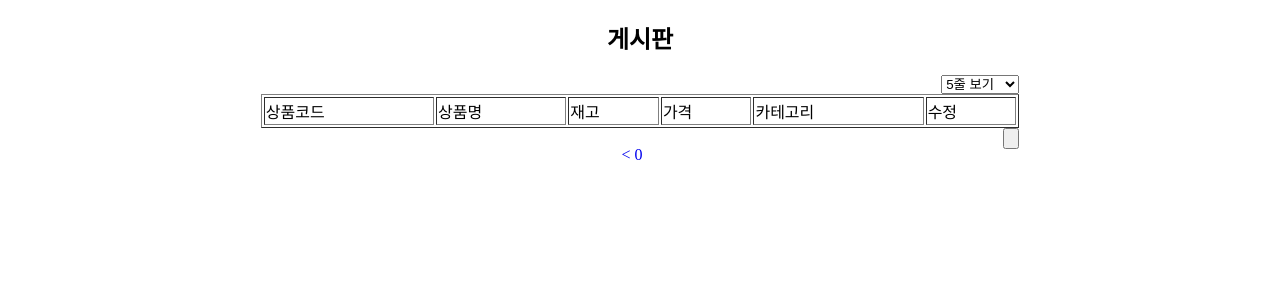
Repository: jjucc99/EZEN_PROJECT
Page: http://localhost/Project_Tea_party_12_21/WEB-INF/views/admin/admin_Item/item_list.jsp
The author's editor kept a copy of each file at every save. The page is drawn from the files as they stood at one save, then again after the next save.
The browser window is 1280 px wide. The pictures show the whole page.
The page is served by Tomcat 9. Nobody is signed in. Other server files are loaded and not shown. The template is opened directly, without the code that normally fills it, so the values that code supplies are empty.

Above is the page before, as saved 2021-12-22 07:16:07.

### Project_Tea_party_12_21/src/main/webapp/WEB-INF/views/admin/admin_Item/item_list.jsp
<%@ page language="java" contentType="text/html; charset=UTF-8"
    pageEncoding="UTF-8"%>
<%@ taglib prefix="c" uri="http://java.sun.com/jsp/jstl/core" %>
<%@ taglib prefix="fmt" uri="http://java.sun.com/jsp/jstl/fmt" %>
<!DOCTYPE html>
<html>
<head>
<meta http-equiv="Content-Type" content="text/html; charset=UTF-8">
<title>게시판 목록</title>
</head>
<style>
	h2 {
		text-align: center;
	}
	table {
		width: 100%;
	}
	#outter {
		display: block;
		width: 60%;
		margin: auto;
	}
	a {
		text-decoration: none;
	}
</style>
<script>
	function selChange() {
		var sel = document.getElementById('cntPerPage').value;
		location.href="testList.ad?nowPage=${paging.nowPage}&cntPerPage="+sel;
	}
</script>
<body>
<h2>게시판</h2>

<div id="outter">
	<div style="float: right;">
		<select id="cntPerPage" name="sel" onchange="selChange()">
			<option value="5"
				<c:if test="${paging.cntPerPage == 5}">selected</c:if>>5줄 보기</option>
			<option value="10"
				<c:if test="${paging.cntPerPage == 10}">selected</c:if>>10줄 보기</option>
			<option value="15"
				<c:if test="${paging.cntPerPage == 15}">selected</c:if>>15줄 보기</option>
			<option value="20"
				<c:if test="${paging.cntPerPage == 20}">selected</c:if>>20줄 보기</option>
		</select>
	</div> <!-- 옵션선택 끝 -->
	<table border="1">
		<tr>
			<td>상품코드</td>
			<td>상품명</td>
			<td>재고</td>
			<td>가격</td>
			<td>카테고리</td>
			<td>수정</td>
		</tr>
		<c:forEach items="${viewAll}" var="item">
			<tr>
				<td>${item.item_code}</td>
				<td>${item.item_name}</td>
				<td>${item.item_count}</td>
				<td>${item.item_price}</td>
				<td>${item.cate_name}</td>
				<td><button onclick="location.href='itemInfo.ad?item_code=${item.item_code}'">UPDATE</button></td>
			</tr>
		</c:forEach>
	</table>
	<input type="button" value="" style="float: right;" onclick="location.href='/write'"><br>

	<div style="display: block; text-align: center;">
		<c:if test="${paging.startPage != 1 }">
			<a href="/testList.ad?nowPage=${paging.startPage - 1 }&cntPerPage=${paging.cntPerPage}">&lt;</a>
		</c:if>
		<c:forEach begin="${paging.startPage }" end="${paging.endPage }" var="p">
			<c:choose>
				<c:when test="${p == paging.nowPage }">
					<b>${p}</b>
				</c:when>
				<c:when test="${p != paging.nowPage }">
					<a href="/testList.ad?nowPage=${p }&cntPerPage=${paging.cntPerPage}">${p }</a>
				</c:when>
			</c:choose>
		</c:forEach>
		<c:if test="${paging.endPage != paging.lastPage}">
			<a href="/testList.ad?nowPage=${paging.endPage+1 }&cntPerPage=${paging.cntPerPage}">&gt;</a>
		</c:if>
	</div>
</div>
</body>
</html>

After the next save:
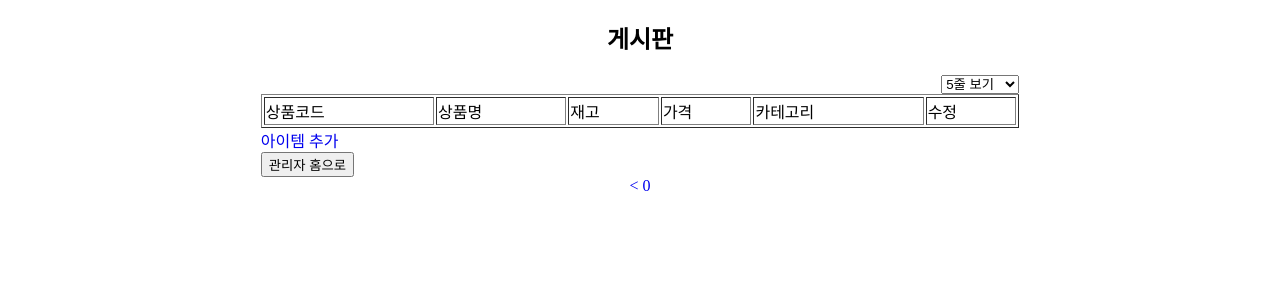
Saved 26 s later.
--- a/Project_Tea_party_12_21/src/main/webapp/WEB-INF/views/admin/admin_Item/item_list.jsp
+++ b/Project_Tea_party_12_21/src/main/webapp/WEB-INF/views/admin/admin_Item/item_list.jsp
@@ -66,7 +66,8 @@
 			</tr>
 		</c:forEach>
 	</table>
-	<input type="button" value="" style="float: right;" onclick="location.href='/write'"><br>
+	<a href="addItemForm.ad">아이템 추가</a><br>
+	<button onclick="location.href='admin.ad'">관리자 홈으로</button>
 
 	<div style="display: block; text-align: center;">
 		<c:if test="${paging.startPage != 1 }">
